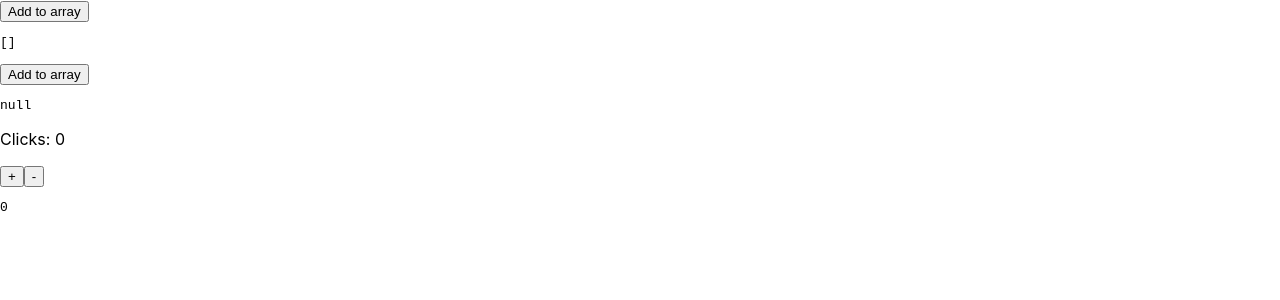
Repository: OmniaRafat232111121/Hookstypescript
Page: /
These files come from the project's save history. The page is drawn as it stood at one moment and after a run of saves; the edit follows.
The browser window is 1280 px wide. The pictures show the whole page.
The project was rebuilt for these pictures with package versions that can differ from the ones it lists, and the page was loaded fresh each time.

Above is the page before, as saved 2022-09-18 02:49:23.

After the next 17 saves:
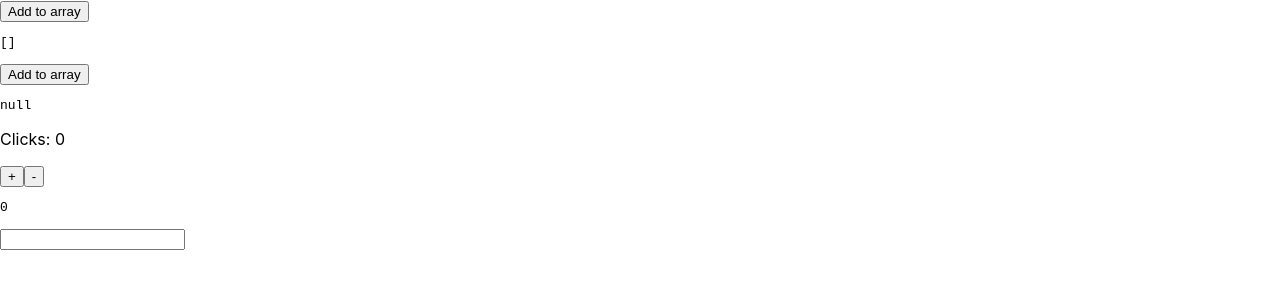
The 17 saves are shown as one change because they came seconds apart.
The last was saved 44 s later.
--- a/src/components/UseStateComponent.tsx
+++ b/src/components/UseStateComponent.tsx
@@ -26,6 +26,12 @@ return(
          <button onClick={() => setClicks(clicks-1)}>-</button>
           <pre>{JSON.stringify(clicks)}</pre>
         </div>
+
+        <div>
+            <form>
+                <input type="text"/>
+            </form>
+        </div>
     </div>
 
 );
